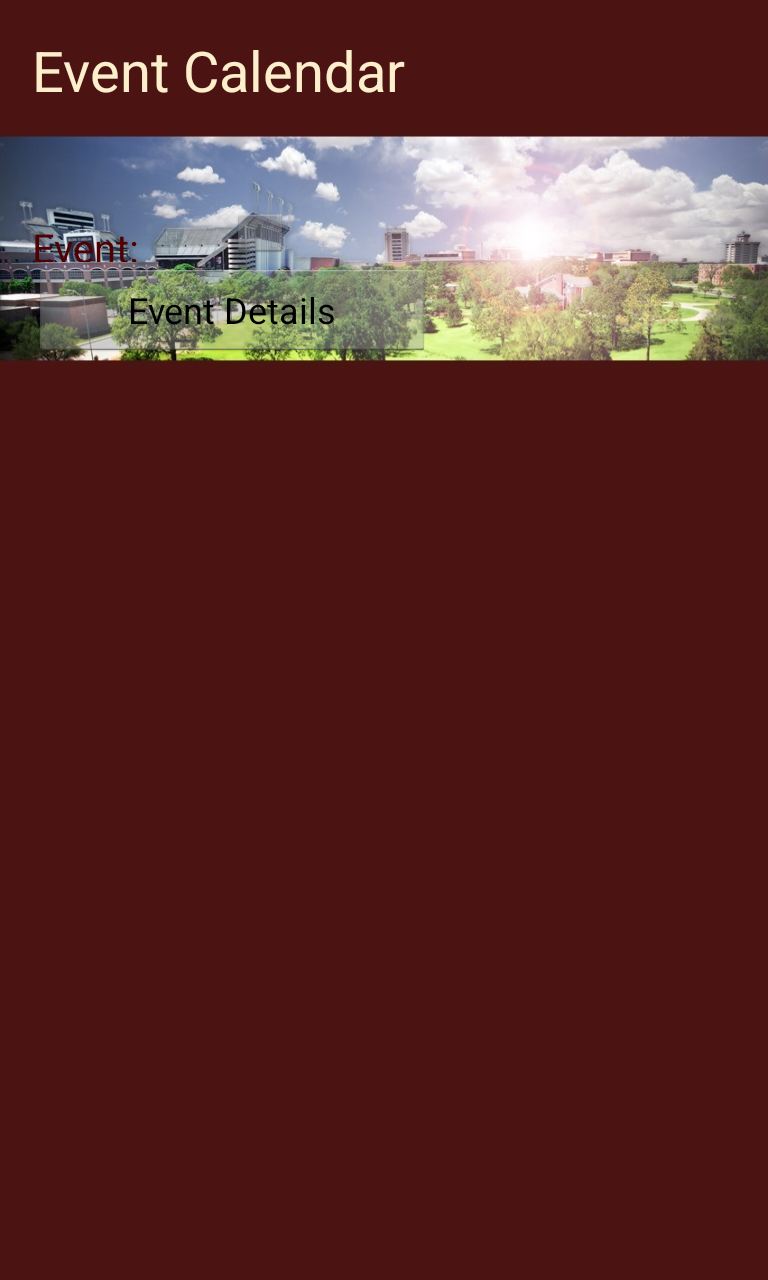
Repository: jannelg92/ANDROIDAPP
Layout: GEOINNOVATION/TAMUgis-dayEvents/res/layout/f_event_details.xml
The author's editor kept a copy of each file at every save. The layout is drawn from the files as they stood at one save, then again after the next save.
It is drawn on a 768 x 1280 px phone screen (xhdpi) without system bars, with theme AppTheme; the app's code is not run.

Above is the layout before, as saved 2014-04-19 01:43:41.

### GEOINNOVATION/TAMUgis-dayEvents/res/layout/f_event_details.xml
<LinearLayout xmlns:android="http://schemas.android.com/apk/res/android"
    xmlns:tools="http://schemas.android.com/tools"
    android:layout_width="match_parent"
    android:layout_height="match_parent"
    android:orientation="vertical"
    android:background="@drawable/aggieland_bbackground"
    android:paddingBottom="@dimen/activity_vertical_margin"
    android:paddingLeft="@dimen/activity_horizontal_margin"
    android:paddingRight="@dimen/activity_horizontal_margin"
    android:paddingTop="@dimen/activity_vertical_margin" >


    <TextView
        android:id="@+id/event_cal"
        android:layout_width="wrap_content"
        android:layout_height="wrap_content"
        android:drawablePadding="10dp"
        android:text="@string/calendar"
        android:textColor="@color/background"
        android:textSize="@dimen/big_text" />
		<LinearLayout
		    android:layout_width="match_parent"
		    android:layout_height="wrap_content"
		    android:orientation="horizontal"
		    android:layout_marginTop="50dp" >
		      <TextView
		        android:id="@+id/event_label"
		        android:layout_width="wrap_content"
		        android:layout_height="wrap_content"
		        android:drawablePadding="10dp"
		        android:text="Event: "
		        android:textColor="#500000"
		        android:textSize="@dimen/mid_text" />
		       <TextView
		        android:id="@+id/event_name"
		        android:layout_width="wrap_content"
		        android:layout_height="wrap_content"
		        android:drawablePadding="10dp"
		        android:text="        "
		        android:textColor="#500000"
		        android:textSize="@dimen/mid_text" />
		        <Button
		        android:id="@+id/event_dtls"
		        android:layout_width="60px"
		        android:layout_height="50px"
		        android:drawablePadding="10dp"
		        android:src="@drawable/ic_action_checkin" />


      </LinearLayout>
    <Button
        android:id="@+id/eventDetails_b"
        android:layout_width="200dp"
        android:layout_height="wrap_content"
        android:text="@string/details"
        android:clickable="true" />

</LinearLayout>

### GEOINNOVATION/TAMUgis-dayEvents/res/values/dimens.xml
<resources>

   <dimen name="activity_horizontal_margin">16dp</dimen>
    <dimen name="activity_vertical_margin">16dp</dimen>

    <dimen name="big_text">28dip</dimen>
    <dimen name="mid_text">20dip</dimen>
    <dimen name="small_text">16dip</dimen>
    <dimen name="return_w">50dp</dimen>
    <dimen name="return_h">50dp</dimen>
    <dimen name="text_sizeW">70dp </dimen>
    <dimen name="text_sizeH">70dp</dimen>
    <dimen name="button_w">200dp </dimen>
    <dimen name="button_h">60dp </dimen>
    <!--
         Per the design guidelines, navigation drawers should be between 240dp and 320dp:
         https://developer.android.com/design/patterns/navigation-drawer.html
    -->
    <dimen name="navigation_drawer_width">277dp</dimen>

</resources>

### GEOINNOVATION/TAMUgis-dayEvents/res/values/strings.xml
<?xml version="1.0" encoding="utf-8"?>
<resources>

    <!-- Menu, Application, Object TITLES -->
    <string name="app_name">TAMUgis-day Events</string>
    <string name="application_name">Texas A&amp;M Geoservices</string>
    <string name="nav_drawer">Navigation Drawer</string>
    <string name="layout_piece">Structure or element of the layout</string>
    <string name="hello_world">Hello  W O R L D!! :)</string>
    <string name="title_menu">Navigation Menu</string>
    <string name="title_activity_user_options">UserOptions</string>
    <string name="title_activity_events">Events</string>
    <string name="title_activity_event_checkin">Event_checkin</string>
    <string name="title_section1">Welcome</string>
    <string name="title_section2">Events</string>
    <string name="title_sectionLogin">Log-in</string>
    <string name="title_section3">Event Check-in</string>
    <string name="title_section4">My Events</string>
    <string name="title_section5">Settings</string>
    <string name="title_section6">Log-out</string>

    <string-array name="mainTitles">
        <item id="menu1_99">Log-in </item>
        <item id="menu1_100">Event Calendar </item>
        <item id="menu1_101">Share </item>
    </string-array>
    <string-array name="userTitles">
        <item id="menu2_99"> Event Calendar </item>
        <item id="menu2_100"> Event Check-in </item>
        <item id="menu2_101"> My Events </item>
        <item id="menu2_102"> Share </item>
        <item id="menu2_103"> Settings </item>
        <item id="menu2_104"> Log-out</item>
    </string-array>
    <string-array name="menuTitles">
        <item id="menu2_99"> @drawable/tamugeologo </item>
        <item id="menu2_100"> Log-in </item>
        <item id="menu2_101"> Event Calendar </item>
        <item id="menu2_102"> Event Check-in </item>
        <item id="menu2_103"> My Events </item>
        <item id="menu2_104"> Share </item>
        <item id="menu2_105"> Settings </item>
        <item id="menu2_106"> Log-out </item>
    </string-array>

    <array name="nav_drawer_icons">
        <item>@drawable/ic_action_launcher</item>
        <item>@drawable/ic_action_signup</item>
        <item>@drawable/ic_action_eventcal</item>
        <item>@drawable/ic_action_checkin</item>
        <item>@drawable/ic_action_myevents</item>
        <item>@drawable/ic_action_share</item>
        <item>@drawable/ic_action_settings</item>
        <item>@drawable/ic_action_import_export</item>
    </array>

    <!--  -->


    <!-- Strings related to Settings, Example General settings -->
    <string name="pref_header_general">General</string>
    <string name="pref_title_social_recommendations">Enable social recommendations</string>
    <string name="pref_description_social_recommendations">Recommendations for people to contact based on your message history</string>
    <string name="pref_title_display_name">Display name</string>
    <string name="pref_default_display_name">John Smith</string>
    <string name="pref_title_add_friends_to_messages">Add friends to messages</string>

    <string-array name="pref_example_list_titles">
        <item>Always</item>
        <item>When possible</item>
        <item>Never</item>
    </string-array>
    <string-array name="pref_example_list_values">
        <item>1</item>
        <item>0</item>
        <item>-1</item>
    </string-array>

    <!-- Example settings for Data & Sync -->
    <string name="pref_header_data_sync">Data &amp; sync</string>
    <string name="pref_title_sync_frequency">Sync frequency</string>

    <string-array name="pref_sync_frequency_titles">
        <item>15 minutes</item>
        <item>30 minutes</item>
        <item>1 hour</item>
        <item>3 hours</item>
        <item>6 hours</item>
        <item>Never</item>
    </string-array>
    <string-array name="pref_sync_frequency_values">
        <item>15</item>
        <item>30</item>
        <item>60</item>
        <item>180</item>
        <item>360</item>
        <item>-1</item>
    </string-array>

    <string name="pref_title_system_sync_settings">System sync settings</string>

    <!-- Example settings for Notifications -->

    <string name="pref_header_notifications">Notifications</string>
    <string name="pref_title_new_message_notifications">New message notifications</string>
    <string name="pref_title_ringtone">Ringtone</string>
    <string name="pref_ringtone_silent">Silent</string>
    <string name="pref_title_vibrate">Vibrate</string>
    <string name="app_settings">App Settings</string>
    <string name="main">Home</string>
    <string name="login">Log-in</string>
    <string name="calendar">Event Calendar</string>
    <string name="checkin">Event Checkin</string>
    <string name="myevents">My Events</string>
    <string name="share">Share</string>
    <string name="map">Map</string>
    <string name="settings">Settings</string>
    <string name="logout">Log-out</string>
    <string name="returnB">Back</string>
    <string name="details">Event Details</string>
    <string name="prof_classes">Professor-added Classes </string>
    <string name="prof">Professors </string>
    <string name="pics">Pictures</string>
    <string name="signup">Sign-up </string>
    <string name="mycourses">My Courses</string>
    <string name="notify">Notifcation Options </string>
    <string name="event_remind">Send Event Reminders</string>
    <string name="push">Allow Push Notifications</string>
    <string name="gps">Allow GPS Tracking</string>

    <!-- Description Strings -->
    <color name="maroon">#500000</color>
    <color name="selector">#F4AF00</color>
    <color name="background">#FDEFCC </color>

    <string name="drawer_open">Open Menu</string>
    <string name="drawer_close">Close Menu</string>
    <string name="app_error">Sorry, GIS DAY app is NOT available.</string>
    <string name="navigation_drawer_open">Open navigation drawer</string>
    <string name="navigation_drawer_close">Close navigation drawer</string>
    <string name="action_example">HelloWorld</string>
    <string name="action_settings">Settings</string>
    <string name="prompt_email">Email</string>
    <string name="prompt_password">Password</string>
    <string name="action_sign_in_register"><b>Sign in</b> or register</string>
    <string name="action_sign_in_short">Sign in</string>
    <string name="action_forgot_password">Recover lost password</string>
    <string name="login_progress_signing_in">Signing in&#8230;</string>
    <string name="error_invalid_email">This email address is invalid</string>
    <string name="error_invalid_password">This password is too short</string>
    <string name="error_incorrect_password">This password is incorrect</string>
    <string name="error_field_required">This field is required</string>
    <string name="title_activity_event_calendar">EventCalendar</string>

</resources>

Loaded but not shown: GEOINNOVATION/TAMUgis-dayEvents/res/values/styles.xml (common file); GEOINNOVATION/TAMUgis-dayEvents/res/values-v11/styles.xml (common file); GEOINNOVATION/TAMUgis-dayEvents/res/values-v14/styles.xml (common file); GEOINNOVATION/TAMUgis-dayEvents/res/values-w820dp/dimens.xml (common file)

After the next save:
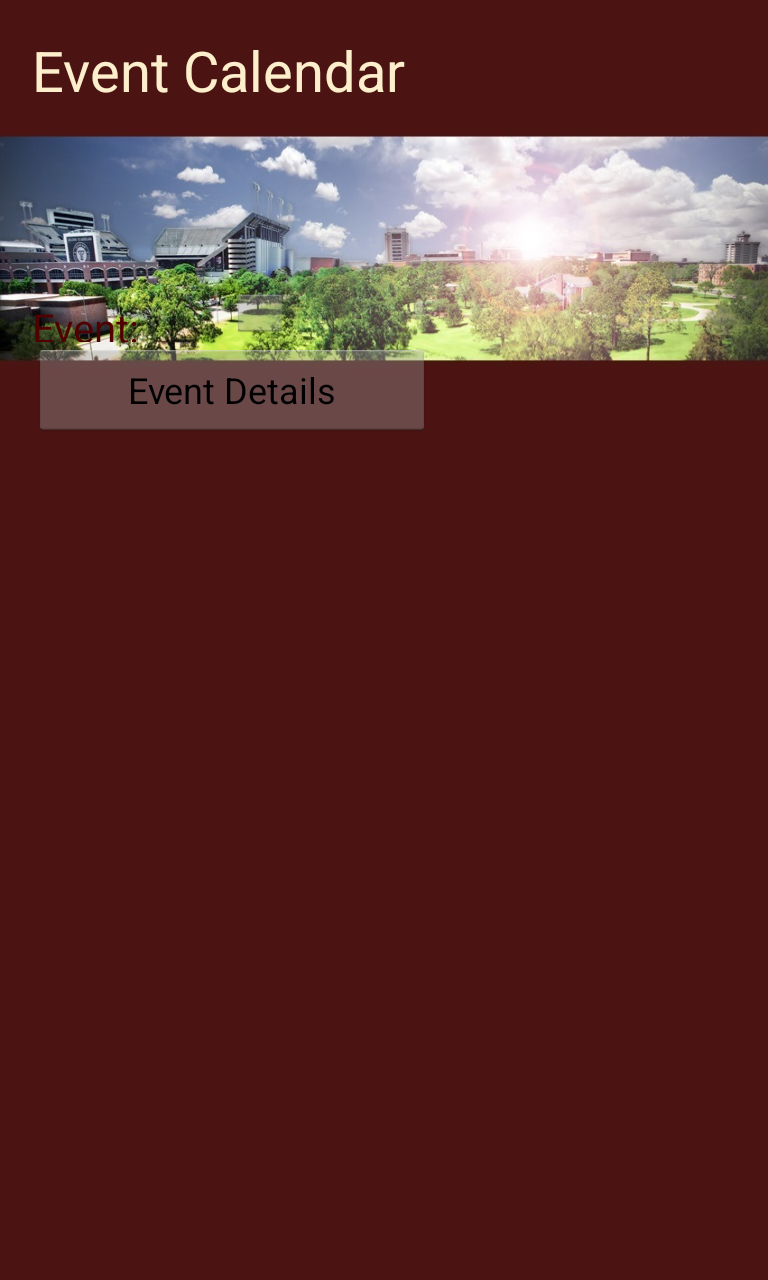
Saved 9 s later.
--- a/GEOINNOVATION/TAMUgis-dayEvents/res/layout/f_event_details.xml
+++ b/GEOINNOVATION/TAMUgis-dayEvents/res/layout/f_event_details.xml
@@ -22,7 +22,7 @@
 		    android:layout_width="match_parent"
 		    android:layout_height="wrap_content"
 		    android:orientation="horizontal"
-		    android:layout_marginTop="50dp" >
+		    android:layout_marginTop="90dp" >
 		      <TextView
 		        android:id="@+id/event_label"
 		        android:layout_width="wrap_content"
